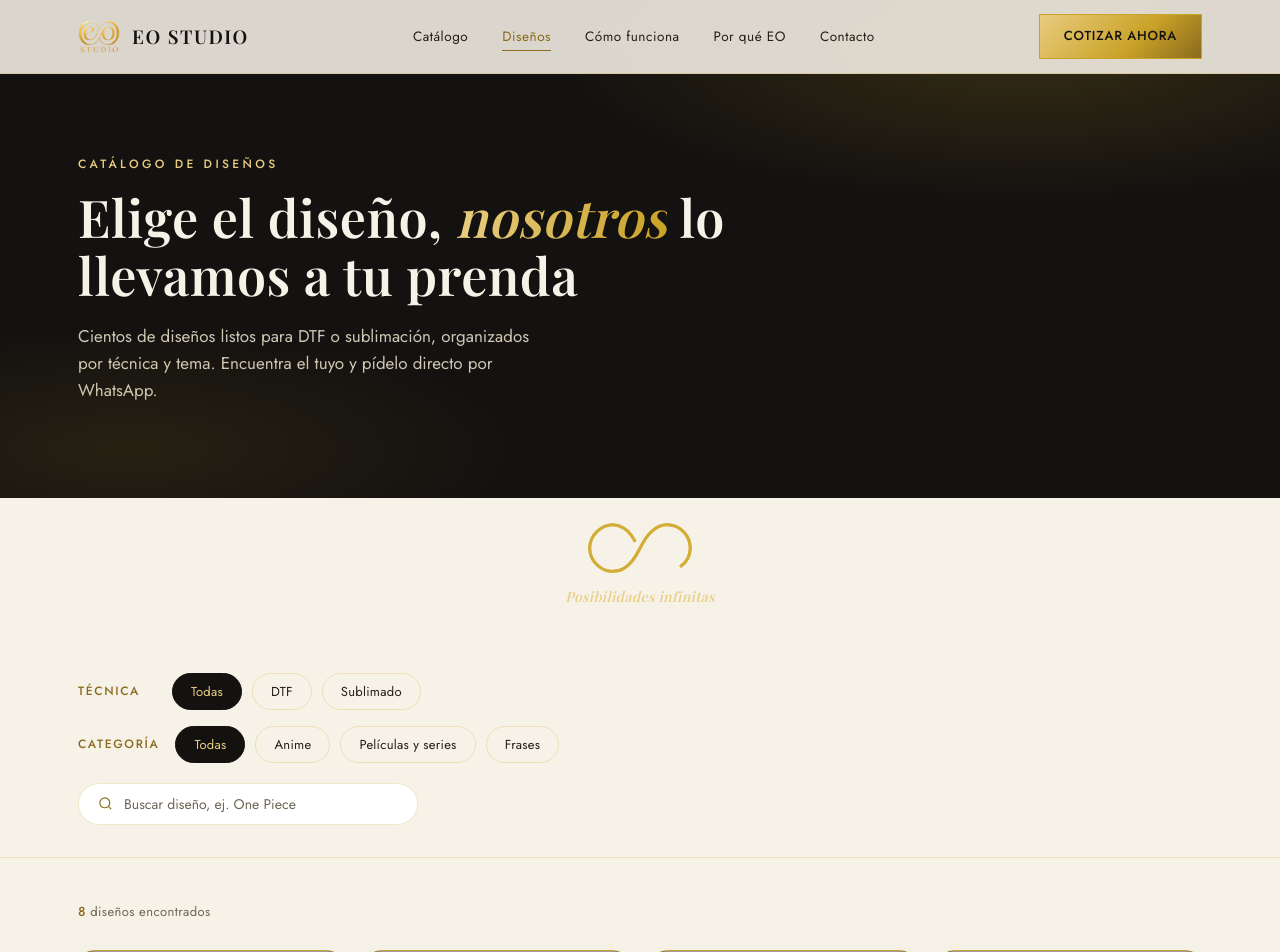
Repository: JAVIERYESE/EO_STUDIO
Page: disenos.html
The author's editor kept a copy of each file at every save. The page is drawn from the files as they stood at one save, then again after the next save.
The browser window is 1280 px wide. The pictures show the part of the page from y = 0 to 952 px (the page is 2695 px tall).
Pictures or frames that could not be fetched are drawn as grey boxes. Some web fonts or font styles are not loaded; a fallback is used.

Above is the page before, as saved 2026-08-30 12:19:56.

### disenos.html
<!DOCTYPE html>
<html lang="es">
<head>
<meta charset="UTF-8">
<meta name="viewport" content="width=device-width, initial-scale=1.0">
<title>Catálogo de Diseños — EO Studio</title>
<meta name="description" content="Explora los diseños disponibles en EO Studio para DTF o sublimación: anime, personajes, frases y más.">
<link rel="icon" type="image/png" href="imagenes/logo-120.png">
<link rel="preconnect" href="https://fonts.googleapis.com">
<link rel="preconnect" href="https://fonts.gstatic.com" crossorigin>
<link href="https://fonts.googleapis.com/css2?family=Playfair+Display:ital,wght@0,500;0,600;0,700;1,500&family=Jost:wght@300;400;500;600&display=swap" rel="stylesheet">
<script src="https://unpkg.com/@lottiefiles/lottie-player@latest/dist/lottie-player.js"></script>
<link rel="stylesheet" href="styles.css">
<link rel="stylesheet" href="disenos.css">
</head>
<body>

<header>
  <div class="nav">
    <a class="brand" href="index.html#top">
      <img src="imagenes/logo-120.png" alt="EO Studio">
      <span>EO STUDIO</span>
    </a>
    <nav class="nav-links">
      <a href="index.html#catalogo">Catálogo</a>
      <a href="disenos.html" class="is-current">Diseños</a>
      <a href="index.html#proceso">Cómo funciona</a>
      <a href="index.html#nosotros">Por qué EO</a>
      <a href="index.html#contacto">Contacto</a>
    </nav>
    <div class="nav-cta">
      <a class="btn btn-gold" href="index.html#contacto">Cotizar ahora</a>
      <button class="menu-toggle" aria-label="Abrir menú"><span></span><span></span><span></span></button>
    </div>
  </div>
</header>

<!-- ===== HERO DISEÑOS ===== -->
<section class="hero disenos-hero" id="top">
  <div class="wrap">
    <span class="eyebrow hero-eyebrow">Catálogo de diseños</span>
    <h1>Elige el diseño, <em>nosotros</em> lo llevamos a tu prenda</h1>
    <p class="lead">Cientos de diseños listos para DTF o sublimación, organizados por técnica y tema. Encuentra el tuyo y pídelo directo por WhatsApp.</p>
  </div>
</section>

<div class="mini-infinity-container">
    <lottie-player
        src="imagenes/Infinity Symbol.json"
        background="transparent"
        speed="0.4"
        loop
        autoplay>
    </lottie-player>

    <div class="mini-infinity-tag">
        <span>Posibilidades infinitas</span>
    </div>
</div>
<!-- ===== FILTROS ===== -->
<section class="filtros-section">
  <div class="wrap">

    <div class="filtro-grupo">
      <span class="filtro-label">Técnica</span>
      <div class="filtro-chips" data-filter-group="tecnica">
        <button class="chip is-active" data-value="todas">Todas</button>
        <button class="chip" data-value="dtf">DTF</button>
        <button class="chip" data-value="sublimado">Sublimado</button>
      </div>
    </div>

    <div class="filtro-grupo">
      <span class="filtro-label">Categoría</span>
      <div class="filtro-chips" data-filter-group="categoria">
        <button class="chip is-active" data-value="todas">Todas</button>
        <button class="chip" data-value="anime">Anime</button>
        <button class="chip" data-value="peliculas-series">Películas y series</button>
        <button class="chip" data-value="frases">Frases</button>
      </div>
    </div>

    <div class="filtro-buscador">
      <svg viewBox="0 0 24 24" fill="none" stroke="currentColor" stroke-width="1.6"><circle cx="11" cy="11" r="7"/><path d="m20 20-3.5-3.5"/></svg>
      <input type="text" id="buscador" placeholder="Buscar diseño, ej. One Piece">
    </div>

  </div>
</section>

<!-- ===== GRID DE DISEÑOS ===== -->
<section class="disenos-section">
  <div class="wrap">

    <p class="contador"><span id="contador-num">8</span> diseños encontrados</p>

    <div class="disenos-grid" id="disenos-grid">

      <!-- Tarjeta 1 -->
      <article class="diseno-card" data-tecnica="dtf sublimado" data-categoria="anime" data-nombre="one piece luffy gear 5">
        <div class="diseno-img">
          <img src="imagenes/disenos/anime-onepiece-01.jpg" alt="Diseño One Piece - Luffy Gear 5" loading="lazy">
          <span class="badge-tecnica">DTF · Sublimado</span>
        </div>
        <div class="diseno-info">
          <span class="diseno-cat">Anime</span>
          <h3>One Piece — Luffy Gear 5</h3>
          <a class="btn btn-gold btn-sm" href="https://wa.me/573046168524?text=Hola%2C%20me%20interesa%20el%20diseño%20One%20Piece%20-%20Luffy%20Gear%205" target="_blank" rel="noopener">Pedir este diseño</a>
        </div>
      </article>

      <!-- Tarjeta 2 -->
      <article class="diseno-card" data-tecnica="dtf" data-categoria="anime" data-nombre="dragon ball goku ultra instinto">
        <div class="diseno-img">
          <img src="imagenes/disenos/anime-dragonball-01.jpg" alt="Diseño Dragon Ball - Goku Ultra Instinto" loading="lazy">
          <span class="badge-tecnica">DTF</span>
        </div>
        <div class="diseno-info">
          <span class="diseno-cat">Anime</span>
          <h3>Dragon Ball — Goku Ultra Instinto</h3>
          <a class="btn btn-gold btn-sm" href="https://wa.me/573046168524?text=Hola%2C%20me%20interesa%20el%20diseño%20Dragon%20Ball%20-%20Goku%20Ultra%20Instinto" target="_blank" rel="noopener">Pedir este diseño</a>
        </div>
      </article>

      <!-- Tarjeta 3 -->
      <article class="diseno-card" data-tecnica="sublimado" data-categoria="peliculas-series" data-nombre="stranger things logo">
        <div class="diseno-img">
          <img src="imagenes/disenos/series-strangerthings-01.jpg" alt="Diseño Stranger Things logo" loading="lazy">
          <span class="badge-tecnica">Sublimado</span>
        </div>
        <div class="diseno-info">
          <span class="diseno-cat">Películas y series</span>
          <h3>Stranger Things — Logo clásico</h3>
          <a class="btn btn-gold btn-sm" href="https://wa.me/573046168524?text=Hola%2C%20me%20interesa%20el%20diseño%20Stranger%20Things%20-%20Logo%20clásico" target="_blank" rel="noopener">Pedir este diseño</a>
        </div>
      </article>

      <!-- Tarjeta 4 -->
      <article class="diseno-card" data-tecnica="dtf sublimado" data-categoria="peliculas-series" data-nombre="los simpson bart">
        <div class="diseno-img">
          <img src="imagenes/disenos/series-simpson-01.jpg" alt="Diseño Los Simpson - Bart" loading="lazy">
          <span class="badge-tecnica">DTF · Sublimado</span>
        </div>
        <div class="diseno-info">
          <span class="diseno-cat">Películas y series</span>
          <h3>Los Simpson — Bart</h3>
          <a class="btn btn-gold btn-sm" href="https://wa.me/573046168524?text=Hola%2C%20me%20interesa%20el%20diseño%20Los%20Simpson%20-%20Bart" target="_blank" rel="noopener">Pedir este diseño</a>
        </div>
      </article>

      <!-- Tarjeta 5 -->
      <article class="diseno-card" data-tecnica="dtf" data-categoria="frases" data-nombre="frase motivacional cafe">
        <div class="diseno-img">
          <img src="imagenes/disenos/frases-cafe-01.jpg" alt="Diseño de frase motivacional con café" loading="lazy">
          <span class="badge-tecnica">DTF</span>
        </div>
        <div class="diseno-info">
          <span class="diseno-cat">Frases</span>
          <h3>"Hoy es un buen día" — Tipografía</h3>
          <a class="btn btn-gold btn-sm" href="https://wa.me/573046168524?text=Hola%2C%20me%20interesa%20el%20diseño%20de%20frase%20-%20Hoy%20es%20un%20buen%20día" target="_blank" rel="noopener">Pedir este diseño</a>
        </div>
      </article>

      <!-- Tarjeta 6 -->
      <article class="diseno-card" data-tecnica="sublimado" data-categoria="anime" data-nombre="naruto sasuke">
        <div class="diseno-img">
          <img src="imagenes/disenos/anime-naruto-01.jpg" alt="Diseño Naruto y Sasuke" loading="lazy">
          <span class="badge-tecnica">Sublimado</span>
        </div>
        <div class="diseno-info">
          <span class="diseno-cat">Anime</span>
          <h3>Naruto — Naruto &amp; Sasuke</h3>
          <a class="btn btn-gold btn-sm" href="https://wa.me/573046168524?text=Hola%2C%20me%20interesa%20el%20diseño%20Naruto%20-%20Naruto%20%26%20Sasuke" target="_blank" rel="noopener">Pedir este diseño</a>
        </div>
      </article>

      <!-- Tarjeta 7 -->
      <article class="diseno-card" data-tecnica="dtf" data-categoria="peliculas-series" data-nombre="marvel spiderman">
        <div class="diseno-img">
          <img src="imagenes/disenos/peliculas-spiderman-01.jpg" alt="Diseño Marvel Spiderman" loading="lazy">
          <span class="badge-tecnica">DTF</span>
        </div>
        <div class="diseno-info">
          <span class="diseno-cat">Películas y series</span>
          <h3>Marvel — Spiderman</h3>
          <a class="btn btn-gold btn-sm" href="https://wa.me/573046168524?text=Hola%2C%20me%20interesa%20el%20diseño%20Marvel%20-%20Spiderman" target="_blank" rel="noopener">Pedir este diseño</a>
        </div>
      </article>

      <!-- Tarjeta 8 -->
      <article class="diseno-card" data-tecnica="dtf sublimado" data-categoria="frases" data-nombre="frase mama reina">
        <div class="diseno-img">
          <img src="imagenes/disenos/frases-mama-01.jpg" alt="Diseño de frase para mamá" loading="lazy">
          <span class="badge-tecnica">DTF · Sublimado</span>
        </div>
        <div class="diseno-info">
          <span class="diseno-cat">Frases</span>
          <h3>"Mamá reina" — Corona dorada</h3>
          <a class="btn btn-gold btn-sm" href="https://wa.me/573046168524?text=Hola%2C%20me%20interesa%20el%20diseño%20de%20frase%20-%20Mamá%20reina" target="_blank" rel="noopener">Pedir este diseño</a>
        </div>
      </article>

    </div>

    <p class="sin-resultados" id="sin-resultados" hidden>No encontramos diseños con esos filtros. Prueba con otra técnica o categoría, o <a href="https://wa.me/573046168524?text=Hola%2C%20estoy%20buscando%20un%20diseño%20específico" target="_blank" rel="noopener">pregúntanos directo por WhatsApp</a>.</p>

  </div>
</section>

<!-- ===== CTA FINAL ===== -->
<section class="cta">
  <div class="wrap">
    <span class="eyebrow eyebrow-light">¿No encuentras tu diseño?</span>
    <h2>Cuéntanos qué tienes en mente y lo creamos contigo</h2>
    <p>Envíanos tu idea, personaje o frase — te mostramos el mockup antes de producir.</p>
    <div class="cta-actions">
      <a class="btn btn-gold" href="https://wa.me/573046168524" target="_blank" rel="noopener">Escribir por WhatsApp</a>
    </div>
  </div>
</section>

<footer>
  <div class="wrap">
    <div class="foot-bottom">
      <span>© 2026 EO Studio. Todos los derechos reservados.</span>
      <a href="index.html#top">Volver al inicio ↑</a>
    </div>
  </div>
</footer>

<script src="disenos.js"></script>
</body>
</html>

### disenos.css
/* ===== HERO DISEÑOS (versión compacta del hero principal) ===== */
.disenos-hero{
  padding:150px 0 60px;
  text-align:left;
}
.disenos-hero h1{
  font-size:clamp(32px, 4.4vw, 52px);
  line-height:1.12;
  color:var(--ivory);
  max-width:760px;
  margin-bottom:18px;
}
.disenos-hero h1 em{
  font-style:italic;
  background:linear-gradient(90deg, var(--gold-light), var(--gold));
  -webkit-background-clip:text; background-clip:text; color:transparent;
}
.disenos-hero .lead{
  font-size:16.5px; color:#cfc7b4; max-width:520px; margin-bottom:0;
}

/* current nav link indicator */
.nav-links a.is-current{color:var(--gold-deep);}
.nav-links a.is-current::after{transform:scaleX(1); background:var(--gold-deep);}

/* ===== FILTROS ===== */
.filtros-section{
  padding:44px 0 8px;
  background:var(--ivory);
  position:sticky;
  top:72px;
  z-index:40;
  border-bottom:1px solid var(--line);
}
.filtro-grupo{
  display:flex;
  align-items:center;
  gap:16px;
  flex-wrap:wrap;
  margin-bottom:16px;
}
.filtro-label{
  font-size:12px;
  letter-spacing:0.14em;
  text-transform:uppercase;
  color:var(--gold-deep);
  font-weight:500;
  min-width:78px;
}
.filtro-chips{display:flex; gap:10px; flex-wrap:wrap;}
.chip{
  font-family:'Jost', sans-serif;
  font-size:13px;
  letter-spacing:0.02em;
  padding:8px 18px;
  border:1px solid var(--line);
  border-radius:999px;
  background:transparent;
  color:var(--text);
  cursor:pointer;
  transition:all .2s ease;
}
.chip:hover{border-color:var(--gold);}
.chip.is-active{
  background:var(--ink);
  border-color:var(--ink);
  color:var(--gold-light);
}
.filtro-buscador{
  display:flex;
  align-items:center;
  gap:10px;
  border:1px solid var(--line);
  border-radius:999px;
  padding:10px 18px;
  max-width:340px;
  margin:20px 0 24px;
  background:#fff;
}
.filtro-buscador svg{width:17px; height:17px; color:var(--gold-deep); flex-shrink:0;}
.filtro-buscador input{
  border:none; outline:none; background:transparent;
  font-family:'Jost', sans-serif; font-size:14px; color:var(--text);
  width:100%;
}
.filtro-buscador input::placeholder{color:var(--text-muted);}

/* ===== GRID DE DISEÑOS ===== */
.disenos-section{padding:44px 0 96px;}
.contador{
  font-size:13px;
  color:var(--text-muted);
  letter-spacing:0.03em;
  margin-bottom:28px;
}
.contador #contador-num{color:var(--gold-deep); font-weight:500;}

.disenos-grid{
  display:grid;
  grid-template-columns:repeat(4, 1fr);
  gap:22px;
}
.diseno-card{
  background:var(--ivory);
  border:1.5px solid var(--gold);
  border-radius:16px;
  overflow:hidden;
  box-shadow:0 8px 20px rgba(0,0,0,0.06);
  transition:all .3s ease;
  display:flex;
  flex-direction:column;
}
.diseno-card:hover{
  transform:translateY(-6px);
  border-color:var(--gold-deep);
  box-shadow:0 16px 30px rgba(0,0,0,0.12), 0 0 12px rgba(201,162,39,0.3);
}
.diseno-img{
  position:relative;
  aspect-ratio:1/1;
  background:linear-gradient(135deg, var(--ink) 0%, #2a251d 60%, var(--ink) 100%);
  overflow:hidden;
}
.diseno-img img{
  width:100%; height:100%; object-fit:cover;
  transition:transform .4s ease;
}
.diseno-card:hover .diseno-img img{transform:scale(1.05);}
.badge-tecnica{
  position:absolute; top:12px; left:12px;
  background:rgba(20,18,16,0.78);
  color:var(--gold-light);
  font-size:10.5px;
  letter-spacing:0.06em;
  text-transform:uppercase;
  padding:5px 10px;
  border-radius:999px;
  border:1px solid rgba(201,162,39,0.4);
}
.diseno-info{
  padding:18px 18px 20px;
  display:flex;
  flex-direction:column;
  gap:8px;
  flex-grow:1;
}
.diseno-cat{
  font-size:11px;
  letter-spacing:0.1em;
  text-transform:uppercase;
  color:var(--gold-deep);
}
.diseno-info h3{
  font-size:16px;
  line-height:1.3;
  margin-bottom:6px;
}
.btn-sm{
  padding:9px 16px;
  font-size:11.5px;
  margin-top:auto;
  justify-content:center;
  width:100%;
}

.sin-resultados{
  display:block;
  text-align:center;
  padding:60px 20px;
  color:var(--text-muted);
  font-size:15px;
}
.sin-resultados a{color:var(--gold-deep); text-decoration:underline;}

/* ===== RESPONSIVE ===== */
@media (max-width:900px){
  .disenos-grid{grid-template-columns:repeat(2, 1fr);}
  .filtros-section{position:static;}
  .filtro-label{min-width:100%; margin-bottom:2px;}
}
@media (max-width:520px){
  .disenos-grid{grid-template-columns:1fr 1fr; gap:14px;}
  .diseno-info{padding:14px 12px 16px;}
  .diseno-info h3{font-size:14px;}
  .filtro-buscador{max-width:100%;}
}

/* =====contenedor infinito === */

.mini-infinity-container {
  display: flex;
  flex-direction: column;
  justify-content: center;
  align-items: center;
  width: 100%;
  margin: 0 auto;
  padding: 20px 0;
  text-align: center;
}

/* Tamaño del Lottie */
.mini-infinity-container lottie-player {
  width: 120px;
  height: 60px;
  display: block;
  margin: 0 auto;
}

/* Estilo del texto debajo del infinito */
.mini-infinity-tag {
  margin-top: 8px;
  width: 100%;
}

.mini-infinity-tag span {
  display: block;
  font-family: 'Playfair Display', serif;
  font-style: italic;
  color:var(--gold-light);
  font-size: 14px;
  letter-spacing: 0.03em;
}

Loaded but not shown: imagenes/Infinity Symbol.json (1 lines, source omitted); disenos.js (50 lines, source omitted); styles.css (537 lines, source omitted)

After the next save:
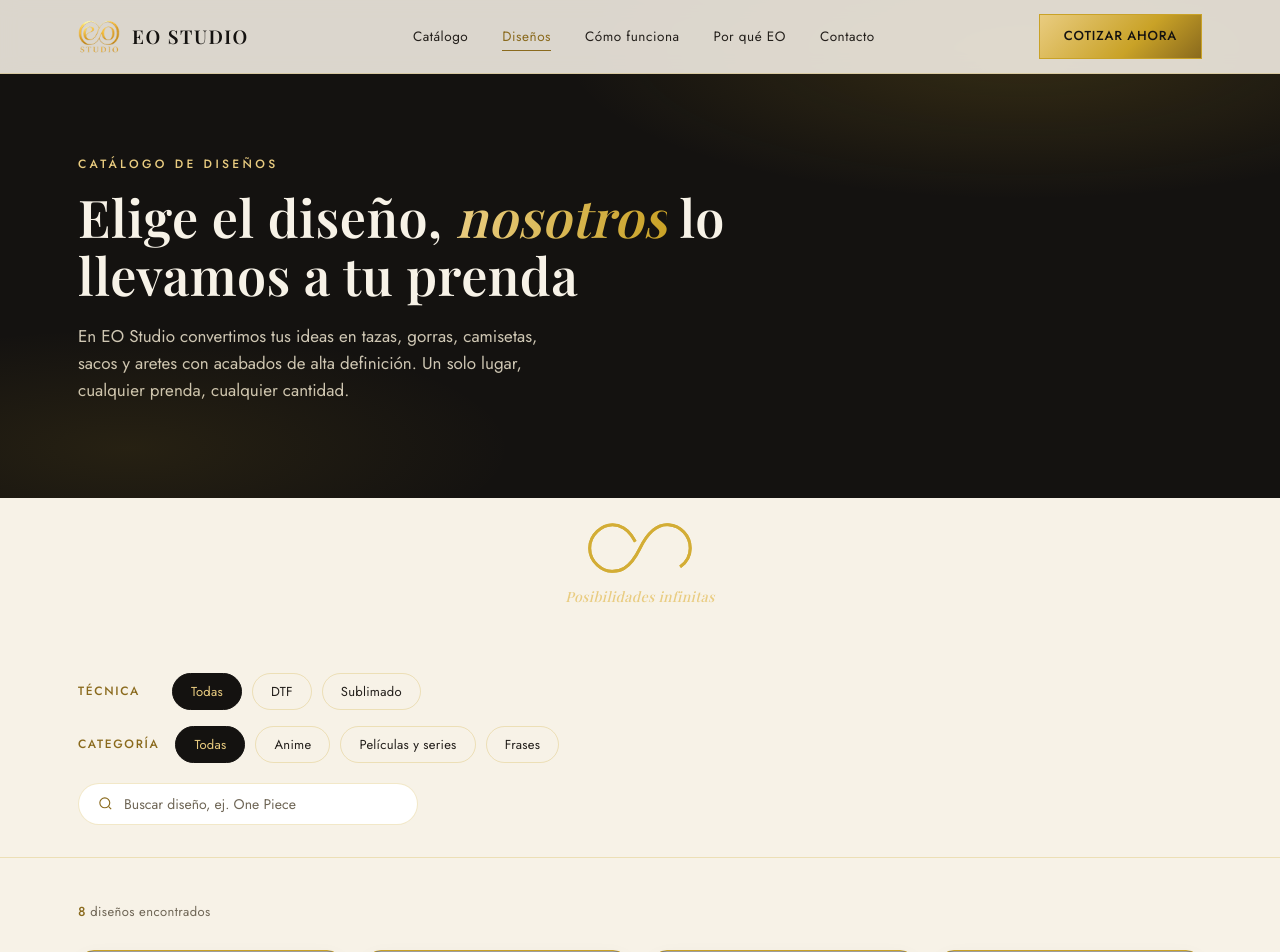
Saved 8 s later.
--- a/disenos.html
+++ b/disenos.html
@@ -40,7 +40,7 @@
   <div class="wrap">
     <span class="eyebrow hero-eyebrow">Catálogo de diseños</span>
     <h1>Elige el diseño, <em>nosotros</em> lo llevamos a tu prenda</h1>
-    <p class="lead">Cientos de diseños listos para DTF o sublimación, organizados por técnica y tema. Encuentra el tuyo y pídelo directo por WhatsApp.</p>
+    <p class="lead">En EO Studio convertimos tus ideas en tazas, gorras, camisetas, sacos y aretes con acabados de alta definición. Un solo lugar, cualquier prenda, cualquier cantidad.</p>
   </div>
 </section>
 
